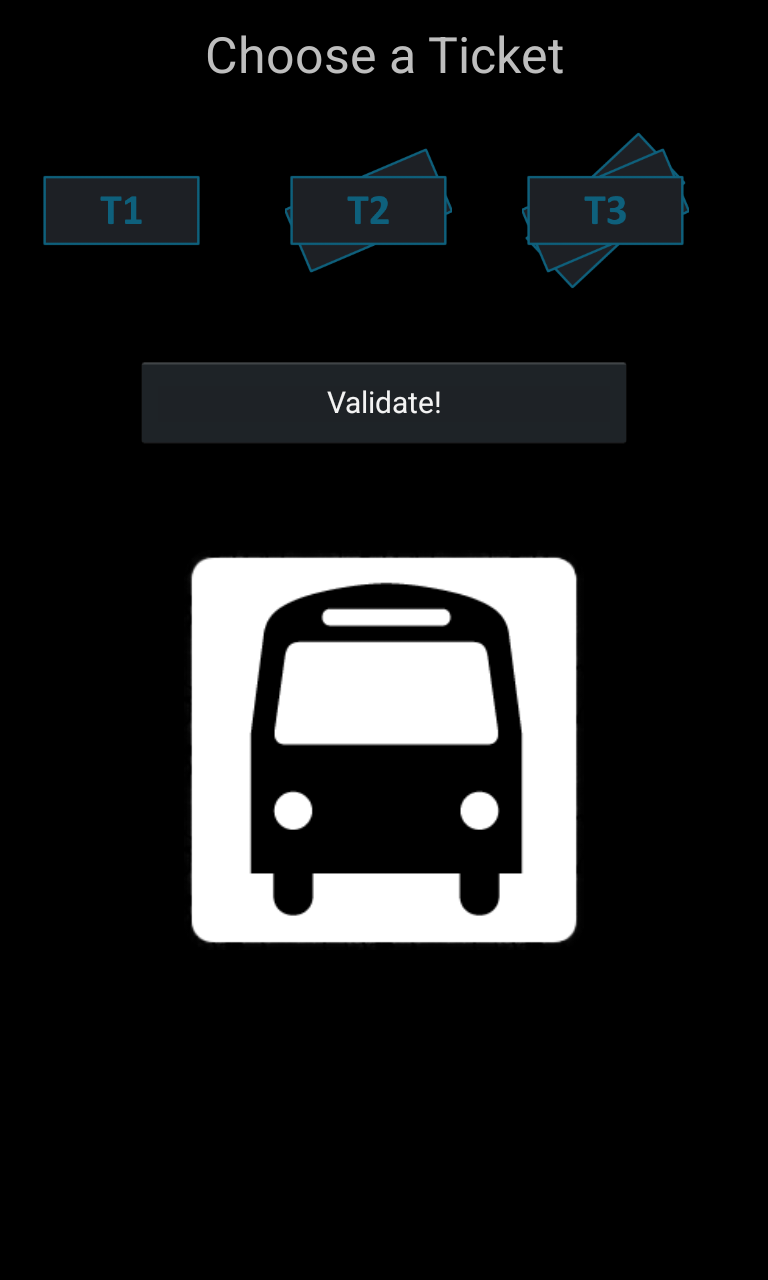
Repository: Nelspike/BusTicketer
Layout: PassengerMode/res/layout/fragment_show_tickets.xml
An editor plug-in stored every save of this project. The layout is shown before and after the next save, followed by the edit.
It is drawn on a 768 x 1280 px phone screen (xhdpi) without system bars, with theme AppTheme; the app's code is not run.

Above is the layout before, as saved 2013-10-19 20:27:05.

After the next save:
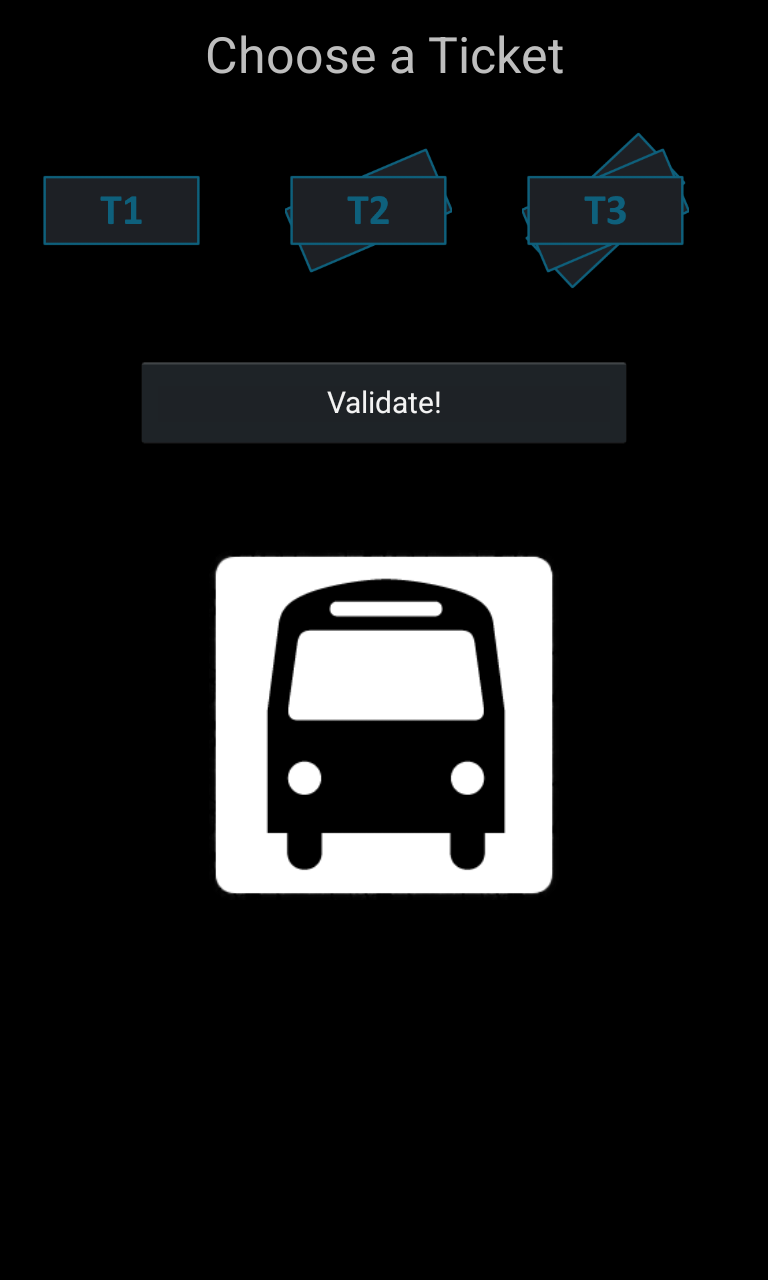
Saved 12 s later.
--- a/PassengerMode/res/layout/fragment_show_tickets.xml
+++ b/PassengerMode/res/layout/fragment_show_tickets.xml
@@ -61,8 +61,8 @@
 		<ImageView
 		    android:id="@+id/qr_code_holder"
 		    android:contentDescription="@string/description"
-		    android:layout_width="500px"
-		    android:layout_height="500px"
+		    android:layout_width="4500px"
+		    android:layout_height="450px"
 		    android:src="@drawable/bus"
 		    android:layout_gravity="center"
 		    android:paddingTop="50dp"/>
